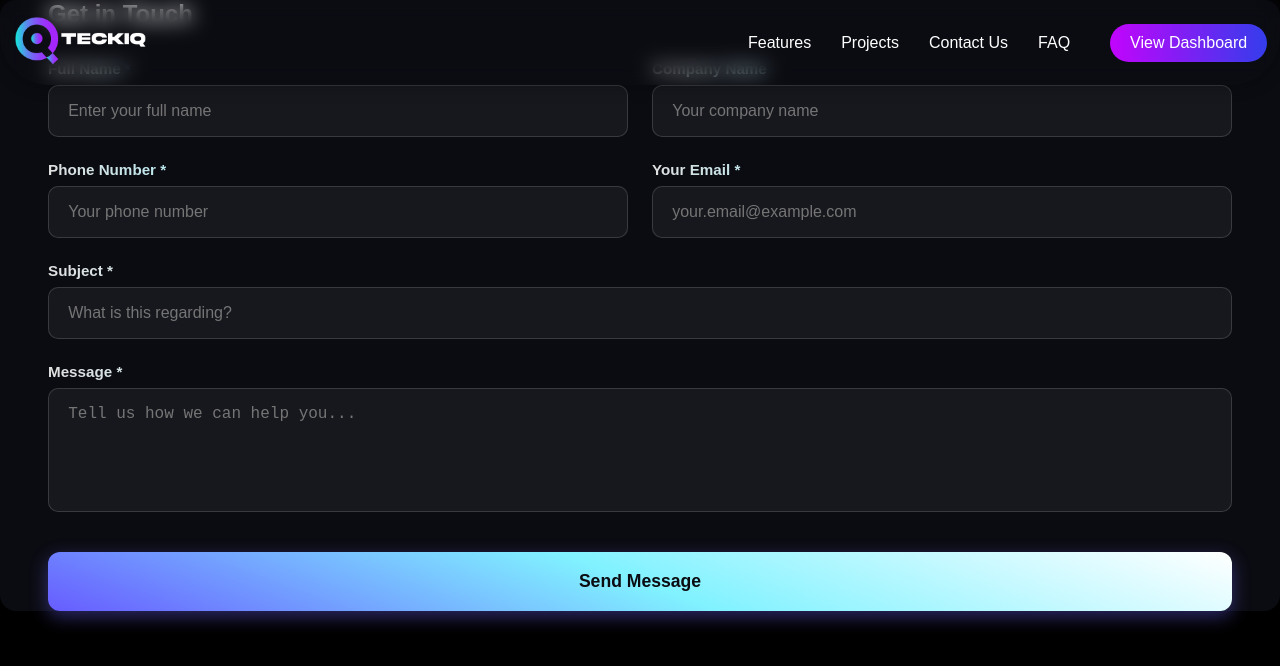
Repository: Uge-dev/Tekagon
Page: frontend/pages/contact.html
The author's editor kept a copy of each file at every save. The page is drawn from the files as they stood at one save, then again after the next save.
The browser window is 1280 px wide. The pictures show the whole page.

Above is the page before, as saved 2026-05-05 15:51:39.

After the next save:
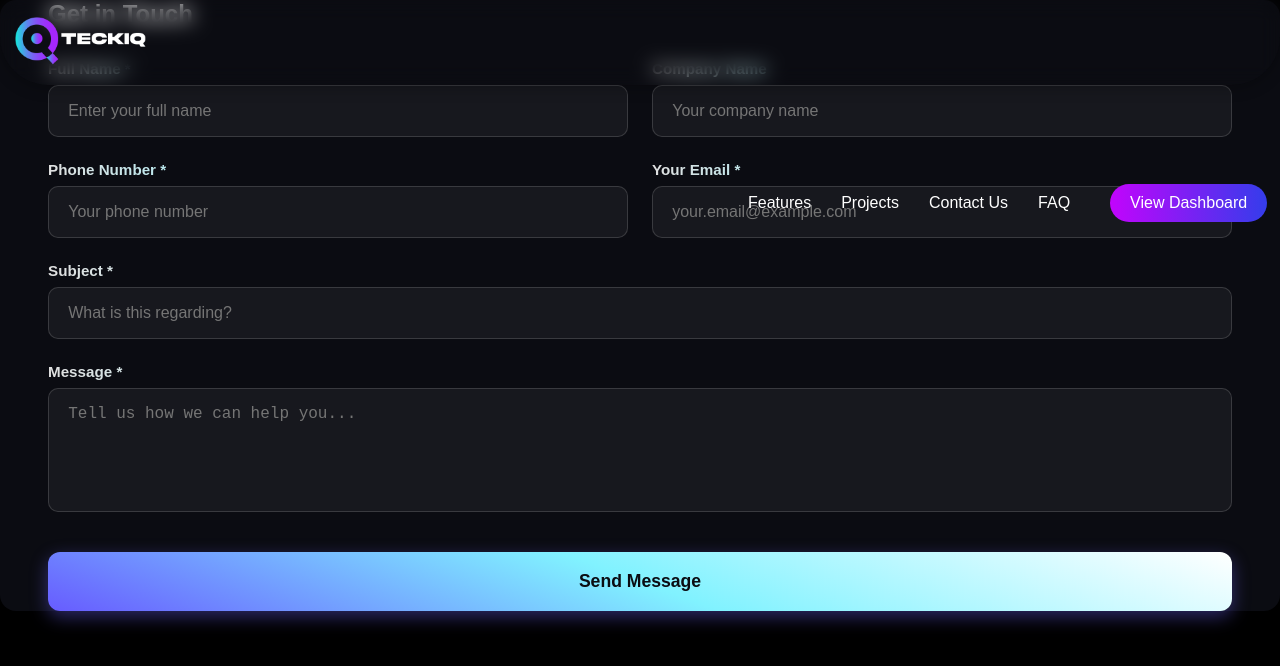
Saved 36 s later.
--- a/frontend/pages/contact.html
+++ b/frontend/pages/contact.html
@@ -27,7 +27,7 @@
       <a href="#"><img src="../Images/TeckIQ white text.png" alt="TeckIQ Logo"></a>
     </div>
 
-    <nav class="nav-wrapper" id="menu-item">
+    <nav class="nav-wrapper" id="menu-item" style="margin-top: 20rem;">
       <div class="nav-links">
         <a href="#feature">Features</a>
         <a href="#project">Projects</a>
